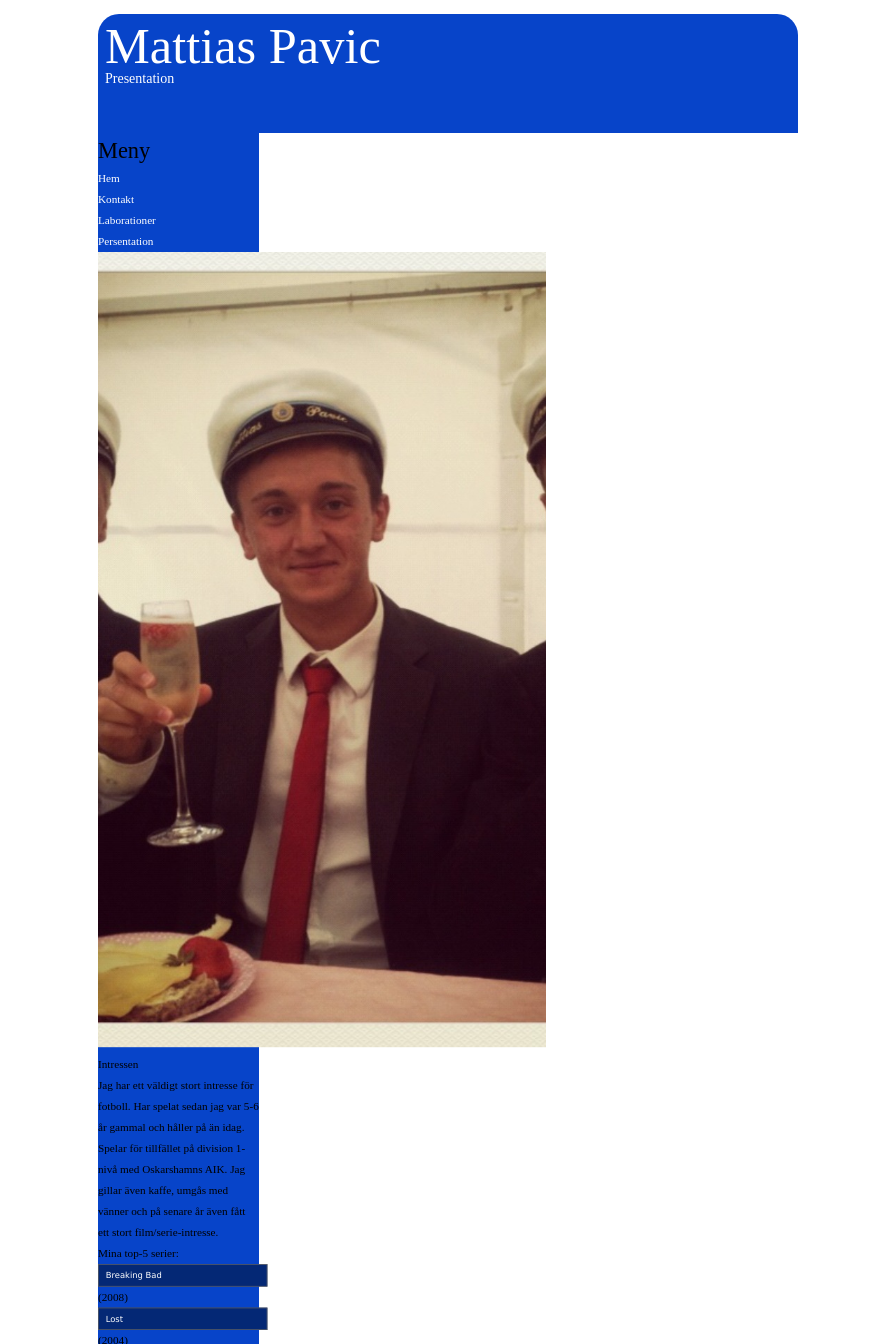
Repository: mp222sf/1ik415-laborationer
Page: pages/presentation.html
The author's editor kept a record of every edit. The page is drawn from the files as they stood at one moment, then again after the next edit.
The browser window is 1280 px wide. The pictures show the part of the page from y = 0 to 1920 px (the page is 4736 px tall before and 2601 px after), at 70% of full size.

Above is the page before.

### pages/presentation.html
<!doctype html>
<html lang="sv">
    <head>
        <meta charset="utf-8" />
        <title>Mattias Pavic</title>
        <link rel="stylesheet" href="../css/style.css" />
    </head>
    <body>
        <div id="cointainer">
            <div id="header">
                <h1>Mattias Pavic</h1>
                <h3>Presentation</h3>
            </div>
            <div id="navigation">
                <h4>Meny</h4>
                <a href="../index.html">Hem</a><br>
                <a href="kontakt.html">Kontakt</a><br>
                <a href="laborationer.html">Laborationer</a><br>
                <a href="presentation.html">Persentation</a><br>

                <!--Här skriver vi infomationen om mina intressen.-->

                <p><img id="jag_presentation" src="../pics/jag_presentation.jpg" alt="Bild på Mattias Pavic" /></p>

                <h3>Intressen</h3>
                <p> Jag har ett väldigt stort intresse för fotboll. Har spelat sedan jag var 5-6 år gammal och håller på än idag.
                    Spelar för tillfället på division 1-nivå med Oskarshamns AIK.
                    Jag gillar även kaffe, umgås med vänner och på senare år även fått ett stort film/serie-intresse.</p>

                <h3>Mina top-5 serier:</h3>
                <ol>
                    <li><a target="_blank" href="http://www.imdb.com/title/tt0903747/?ref_=nv_sr_1">Breaking Bad</a> (2008)</li>
                    <li><a target="_blank" href="http://www.imdb.com/title/tt0411008/?ref_=nv_sr_1">Lost</a> (2004)</li>
                    <li><a target="_blank" href="http://www.imdb.com/title/tt1520211/?ref_=nv_sr_1">The Walking Dead</a> (2010)</li>
                    <li><a target="_blank" href="http://www.imdb.com/title/tt0460649/?ref_=nv_sr_1">How I Met Your Mother</a> (2005)</li>
                    <li><a target="_blank" href="http://www.imdb.com/title/tt0387199/?ref_=nv_sr_1">Entourage</a> (2004)</li>
                </ol>

                <h3>Klubbar som aktiv:</h3>
                <dl>
                    <dt><strong>Emmaboda IS</strong></dt>
                        <dd>Min första moderklubb. Spelade i EIS i cirka 10 år. Vi blev ett väldigt bra juniorlag under våra sista år och vann en hel del. Gjorde a-lagsdebut i Division 4 Elit som 14-åring</dd>
                    <dt><strong>Kalmar FF</strong></dt>
                        <dd>Blev värvad av KFF 2009. Spelade första året i föreningens Tipselit. Blev sedan uppflyttad och tränade kontinuerligt med A-laget. Satt på bänken ett fåtal gånger i Allsvenskan, dock utan några inhopp.</dd>
                    <dt><strong>Oskarshamns AIK</strong></dt>
                        <dd>Klubben jag spelar i idag. Anlände inför denna säsongen (2014) och vi spelar i Divison 1 Södra. OAIK är nykomlingar i den serien inför i år och för tillfället parkerar vi oss på en 11:e plats, precis ovanför nedflyttningsstrecket.</dd>
                </dl>

                <h3>Familj</h3>
                <p> Har en mor och en far, Ankica och Anto, som bor i Emmaboda, drygt 6 mil från Kalmar.
                    Båda två är födda och uppvuxna i forna Jugoslavien och flydde 1992 hemlandet till Sverige.
                    Farsan jobbar på Södra Timber i Långasjö och morsan inom äldreomsorgen, även hon i Långasjö.
                    Har även en tre år äldre bror vid namn Robert.
                    Brorsan som är en högskoleutbildad företagsingejör på Linnéuniversitetet i Växjö, arbetar för tillfället på Kährs i Nybro.</p>

                <!--Listan ger Error i Validator. Förstår ej?!.-->
                <h3>Egenskaper</h3>
                <ul>
                    <li><h4>Bra på?</h4>
                        <ul>
                            <li>Passa tider</li>
                            <li>Fotboll</li>
                            <li>Matematik</li>
                            <li>Sträckglo på tv-serier.</li>
                        </ul>
                    </li>
                   <li><h4>Något sämre på?</h4>
                        <ul>
                            <li>Kliva upp på morgon.</li>
                            <li>Komma ihåg saker.</li>
                        </ul>
                    </li>
                </ul>

                <h3>Tidigare utbildning</h3>
                <p> Studerade Samhällskunskap/Idrott på Stagneliusskolan och tog studenten därifrån 2012. Det var tre fantastiska år i Kalmar där jag kunde kombinera fotbollen med en bra och bred utbildning.</p>

                <h3>Arbetslivserfarenhet</h3>
                <p> Arbetade på Be-Ge Industri AB tidigare iår i drygt 5 månader.
                    Var anställd på en avdelning vid namn Vinga som tillverkade lastbilsstolar till företaget Scania.
                    Det är i stort sett min enda erfarenhet från arbetslivet då jag spelade fotboll på hög nivå i något år efter gymnasiet.</p>

                <h3>Programmerat tidigare</h3>
                <p> Jag har sysslat med lite kodning/programmering på fritiden.
                    Har främst gjort hemsidor med html, css och php.</p>

                <h3>Varför sökte jag?</h3>
                <p> Jag sökte utbildningen Webbprogrammerare eftersom jag gillar att koda.
                    Gillar att lösa problem och jag skulle villa lära mig ännu mer om programmering.</p>

                <h3>Tankar inför framtiden</h3>
                <p> Efter utbildningen skulle jag jättegärna vilja arbeta som programmerare eller något liknande.
                    Men i första hand skulle jag vilja spela fotboll på proffsnivå (Allsvenskan/Superettan) och efter en eventuell karriär då har möjligheten att arbeta med webbprogrammering.</p>

    </body>
</html>

### css/style.css
/* http://meyerweb.com/eric/tools/css/reset/
   v2.0 | 20110126
   License: none (public domain)
*/

html, body, div, span, applet, object, iframe,
h1, h2, h3, h4, h5, h6, p, blockquote, pre,
a, abbr, acronym, address, big, cite, code,
del, dfn, em, img, ins, kbd, q, s, samp,
small, strike, strong, sub, sup, tt, var,
b, u, i, center,
dl, dt, dd, ol, ul, li,
fieldset, form, label, legend,
table, caption, tbody, tfoot, thead, tr, th, td,
article, aside, canvas, details, embed,
figure, figcaption, footer, header, hgroup,
menu, nav, output, ruby, section, summary,
time, mark, audio, video {
	margin: 0;
	padding: 0;
	border: 0;
	font-size: 100%;
	font: inherit;
	vertical-align: baseline;
}
/* HTML5 display-role reset for older browsers */
article, aside, details, figcaption, figure,
footer, header, hgroup, menu, nav, section {
	display: block;
}
body {
	line-height: 1;
}
ol, ul {
	list-style: none;
}
blockquote, q {
	quotes: none;
}
blockquote:before, blockquote:after,
q:before, q:after {
	content: '';
	content: none;
}
table {
	border-collapse: collapse;
	border-spacing: 0;
}


a:link {
    color:black;
    text-decoration: none;
}
a:visited {
    color:black;
    text-decoration: none;

}

a:hover {
    color:black;
    text-decoration: underline;
}


/*
        COINTAINER
                        */
#cointainer {
    background-color:white;
    color:black;
    width:1000px;
    margin: 0 auto;
    text-align:left;
}





/*
        HEADER
                        */
#header {
    background-color:#0744C9;
    color:white;
    text-align:left;
    height:150px;
    padding:10px;
    margin: 20px 0px 0px 0px;
    border-radius: 30px 30px 0px 0px;
    border: 0px solid #616161;
}
#header h1 {
   font-size:72px;
}
#header h3 {
   font-size:20px;
}

#navigation_content {

    background-color:#0744C9;
    width:1000px;
    height:100%;
    float:left;



}
/*
        NAVIGATION
                        */
#navigation           {
    line-height:30px;
    background-color:#0744C9;
    width:230px;
    height:100%;
    float:left;
    padding:0px;
}
#navigation h4 {
    font-size:32px;
    margin-bottom:10px;
    margin-top:10px;
}
#navigation ul {
    list-style-type: square;
    margin-left:0px;
    font-size:12px;
}


#navigation li {
list-style: none;
margin: 0px 0 0px 0;
}
#navigation li a {
display: block;
width: 230px;
margin: 0;
padding: 0px 0px 0px 10px;
text-align: left;
font-family: "Lucida Grande", "Lucida Sans Unicode", Helvetica, Arial, sans-serif;
font-size: 12px;
color:#042875;
border-radius: 0px;
border: 1px solid #616161;
background: #042875;

}
#meny_lista li a {
display: block;
width: 230px;
margin: 0;
padding: 0px 0px 0px 20px;
text-align: left;
font-family: "Lucida Grande", "Lucida Sans Unicode", Helvetica, Arial, sans-serif;
font-size: 12px;
color:#4173DD;
border-radius: 0px;
border: 1px solid #616161;
background: #4173DD;

}
#navigation li a:hover {
cursor: pointer;
background:#0744C9;
color: white;
}
#navigation a:link, #navigation a:visited {
color: rgba(255,255,255,1);
text-decoration: none;
}
#navigation a:active {
color: rgba(250,191,12,1);
}
#navigation a#current {
background: white;
color:black;
}





/*
        CONTENT
                        */
#content {
    width:750px;
    height:100%;
    background-color:#E0E0D1;
    float:left;
    padding:10px;

}
#content h3 {
   font-size:32px;
   margin-bottom:10px;
   margin-top:10px;
}
#content h4 {
   font-size:24px;
   margin-bottom:10px;
   margin-top:25px;
}
#big_buck_bunny {
    margin-bottom:10px;
    margin-top:10px;
}




/*
        FOOTER
                        */
#footer {
    background-color:#616161;
    color:white;
    clear:both;
    text-align:center;
    padding:10px;
    margin: 0px 0px 10px 0px;
}

After the next edit:
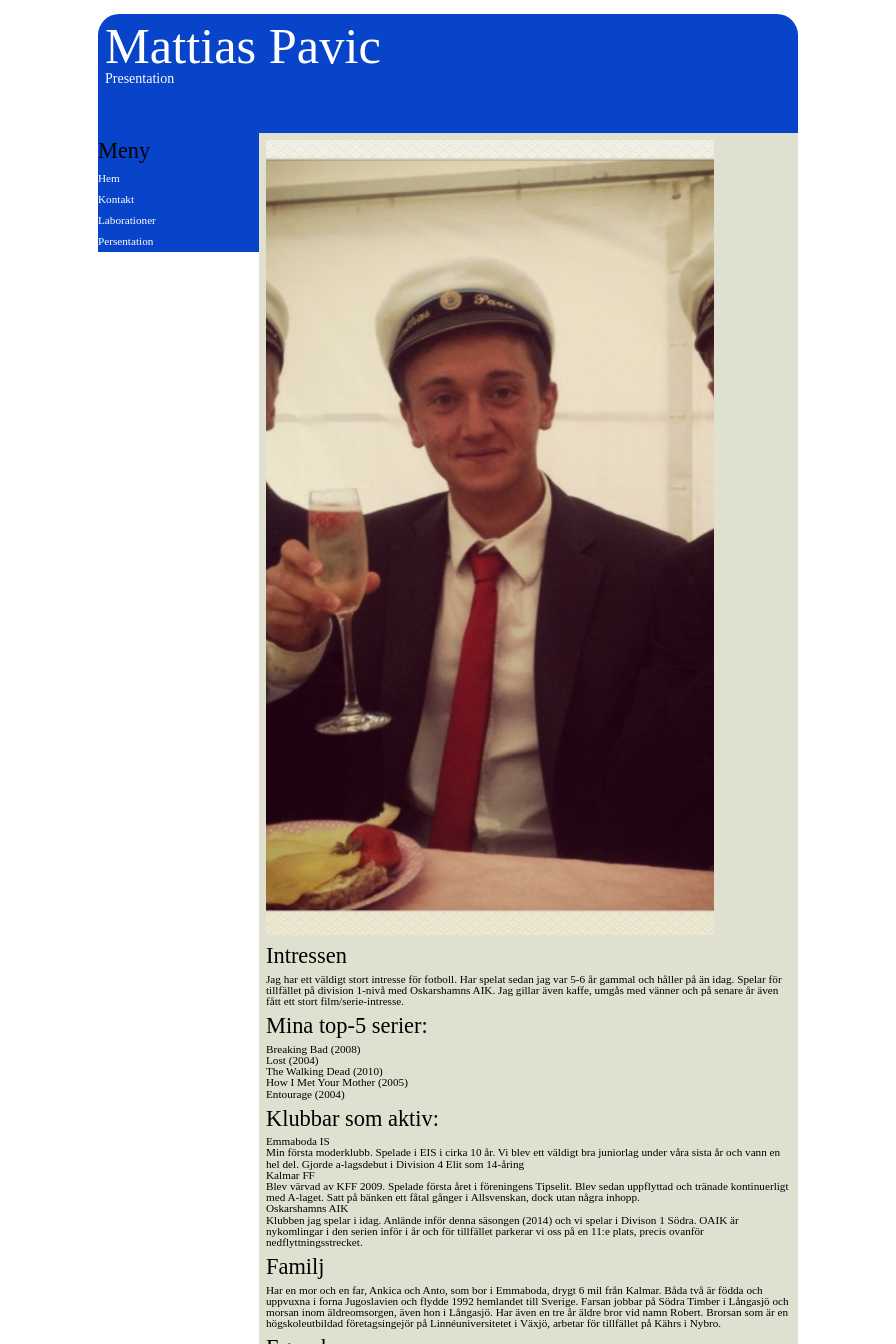
The edit:
--- a/pages/presentation.html
+++ b/pages/presentation.html
@@ -17,7 +17,8 @@
                 <a href="kontakt.html">Kontakt</a><br>
                 <a href="laborationer.html">Laborationer</a><br>
                 <a href="presentation.html">Persentation</a><br>
-
+            </div>
+            <div id="content">
                 <!--Här skriver vi infomationen om mina intressen.-->
 
                 <p><img id="jag_presentation" src="../pics/jag_presentation.jpg" alt="Bild på Mattias Pavic" /></p>
